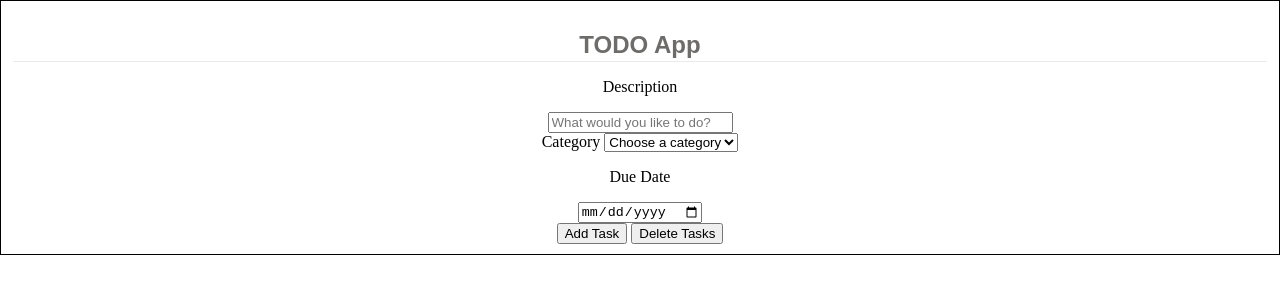
Repository: king-slayer97/TODO-App
Page: http://localhost/
These files come from the project's save history. The page is drawn as it stood at one moment and after the next save; the edit follows.
The browser window is 1280 px wide. The pictures show the whole page.
The page is served by the project's Node server (index.js).

Above is the page before, as saved 2022-08-15 13:54:49.

After the next save:
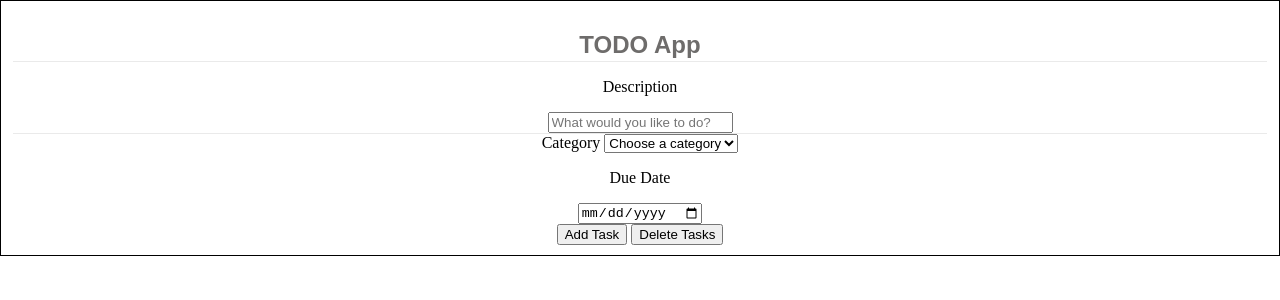
Saved 6 s later.
--- a/assets/css/home.css
+++ b/assets/css/home.css
@@ -23,5 +23,5 @@ body{
 }
 
 .description{
-
+    border-bottom: 1px solid #eaeaea;
 }
